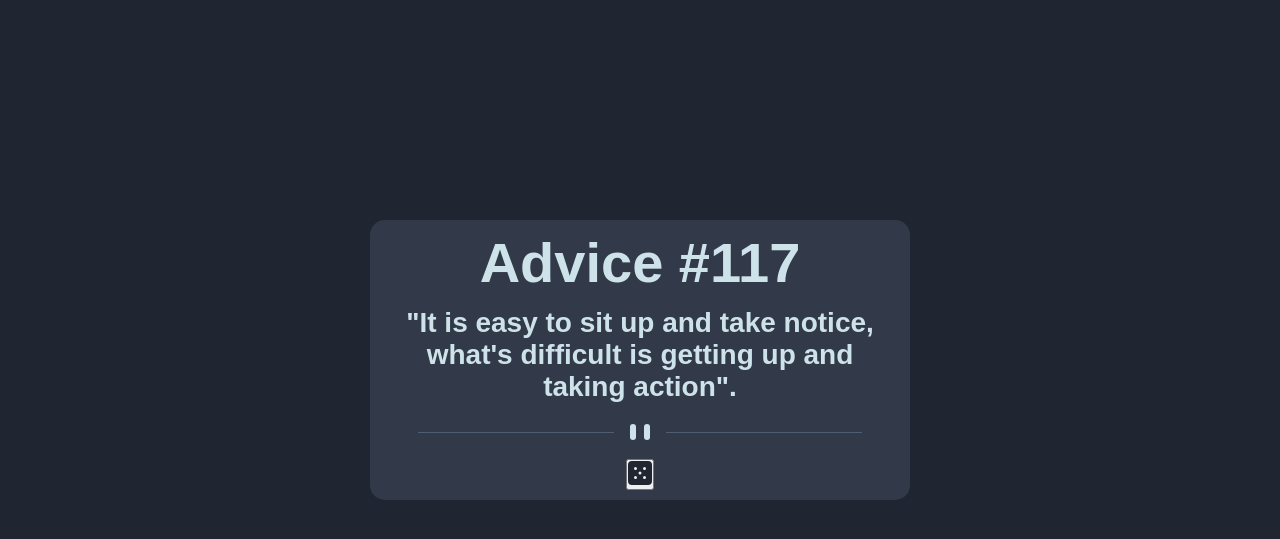
Repository: Daki-builds/advice-generator-app
Page: index.html
An editor plug-in stored every save of this project. The page is shown before and after the next save, followed by the edit.
The browser window is 1280 px wide. The pictures show the whole page.

Above is the page before, as saved 2026-10-08 18:53:02.

### index.html
<!DOCTYPE html>
<html lang="en">

<head>
  <meta charset="UTF-8">
  <meta name="viewport" content="width=device-width, initial-scale=1.0">
  <link rel="icon" type="image/png" sizes="32x32" href="./images/favicon-32x32.png">
  <link rel="stylesheet" href="style.css">
  <title>Frontend Mentor | Advice generator app</title>

</head>

<body>
  <main class="container">
    <h1>Advice #<span id="advice-id">117</span></h1>
    <p id="adviceText">"It is easy to sit up and take notice, what's difficult is getting up and taking action".</p>
    <div>
      <img src="./images/pattern-divider-desktop.svg" alt="divider">
    </div>
    <button id="adviceBtn"><img src="./images/icon-dice.svg" alt="dice">
    </button>
  </main>
</body>

</html>

### style.css
* {
  margin: 0;
  padding: 0;
  box-sizing: border-box;
}

:root {
  --blue-200: hsl(193, 38%, 86%);
  --green-300: hsl(150, 100%, 66%);
  --blue-600: hsl(217, 19%, 38%);
  --blue-900: hsl(217, 19%, 24%);
  --blue-950: hsl(218, 23%, 16%);

  --font-family: "Manrope", sans-serif;
  --font-weight: 800;
  --font-size: 28px;
}

body {
  font-family: var(--font-family);
  font-weight: var(--font-weight);
  font-size: var(--font-size);
  background-color: var(--blue-950);
  color: var(--blue-200);
  display: flex;
  justify-content: center;
  align-items: center;
  min-height: 100vh;
}

.container {
  position: relative;
  background-color: var(--blue-900);
  display: flex;
  flex-direction: column;
  align-items: center;
  gap: 12px;
  padding: 10px 30px;
  width: 60%;
  max-width: 540px;
  border-radius: 15px;
  text-align: center;
}

After the next save:
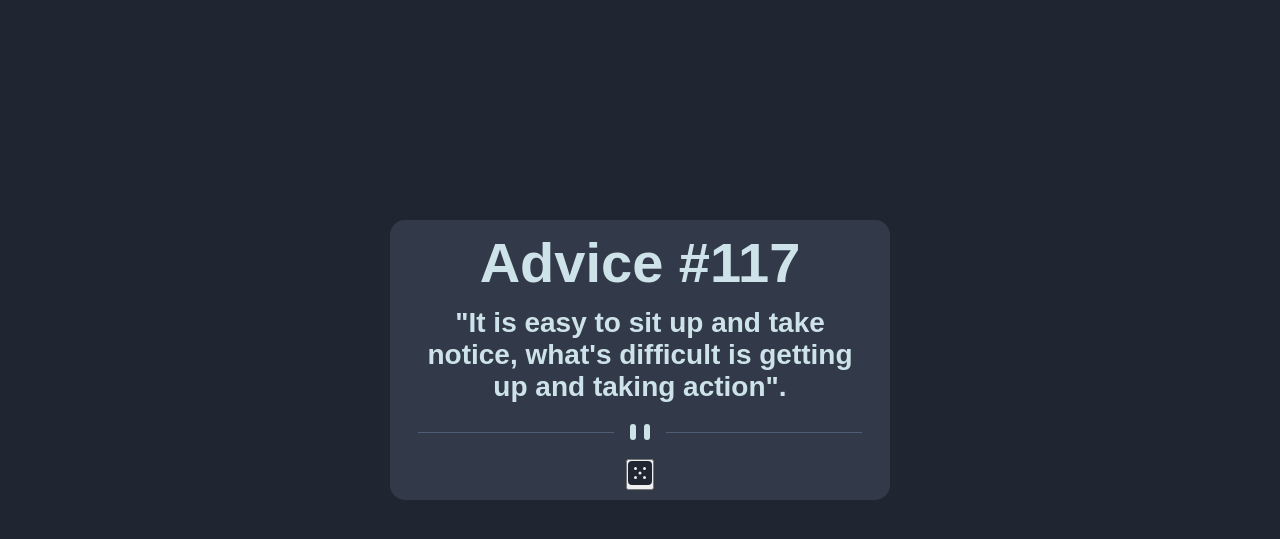
Saved 16 s later.
--- a/style.css
+++ b/style.css
@@ -37,7 +37,7 @@
   gap: 12px;
   padding: 10px 30px;
   width: 60%;
-  max-width: 540px;
+  max-width: 500px;
   border-radius: 15px;
   text-align: center;
 }

After the save that followed:
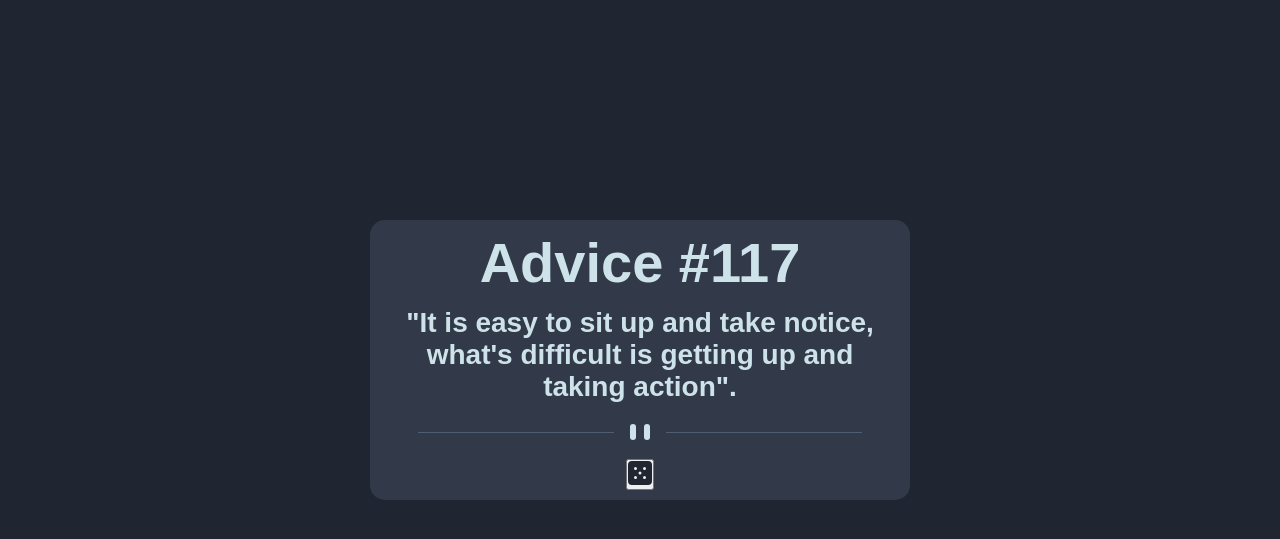
Saved 11 s later.
--- a/style.css
+++ b/style.css
@@ -37,7 +37,7 @@
   gap: 12px;
   padding: 10px 30px;
   width: 60%;
-  max-width: 500px;
+  max-width: 540px;
   border-radius: 15px;
   text-align: center;
 }
